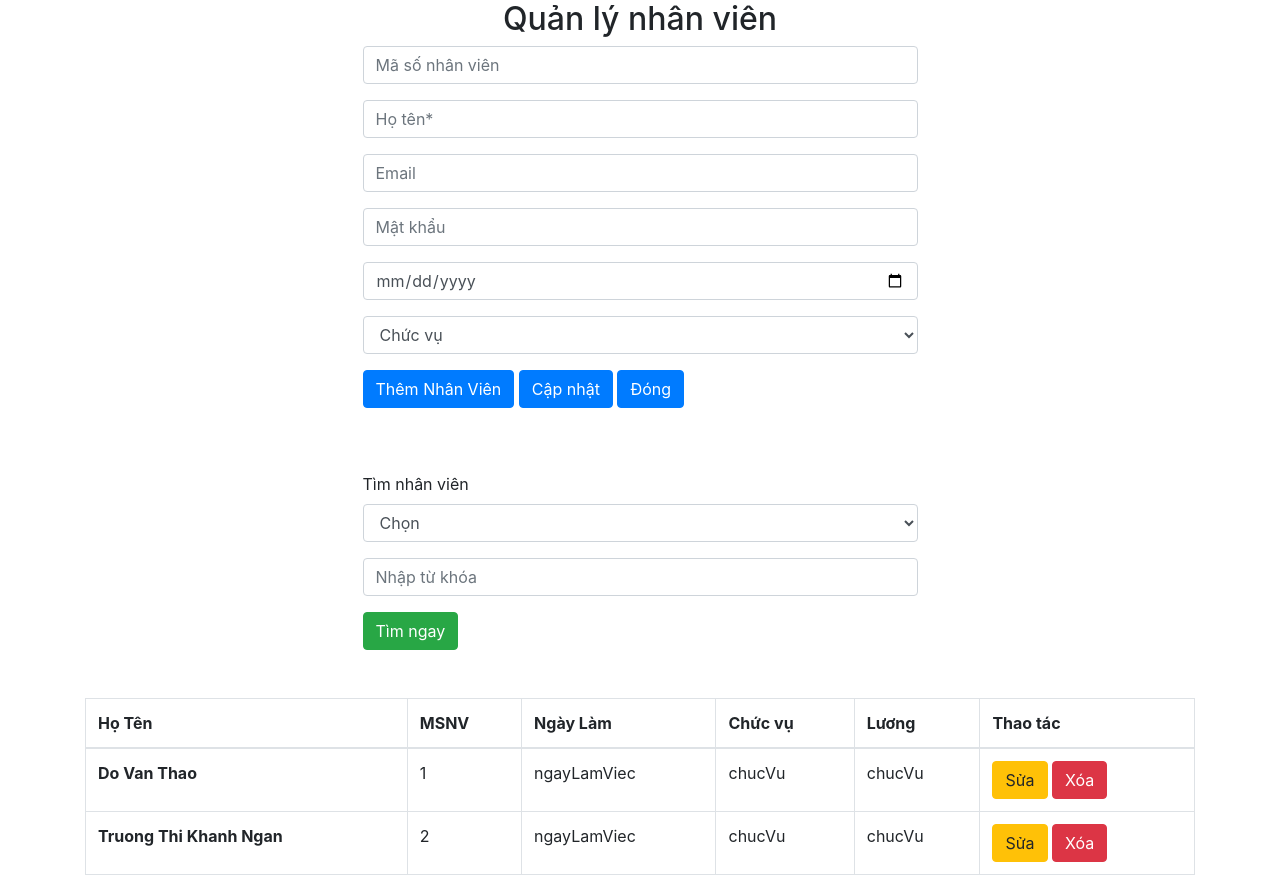
Repository: dovanthao2404/quanlynhanvien
Page: index.html
The author's editor kept a copy of each file at every save. The page is drawn from the files as they stood at one save, then again after the next save.
The browser window is 1280 px wide. The pictures show the whole page.

Above is the page before, as saved 2021-06-30 00:57:59.

After the next save:
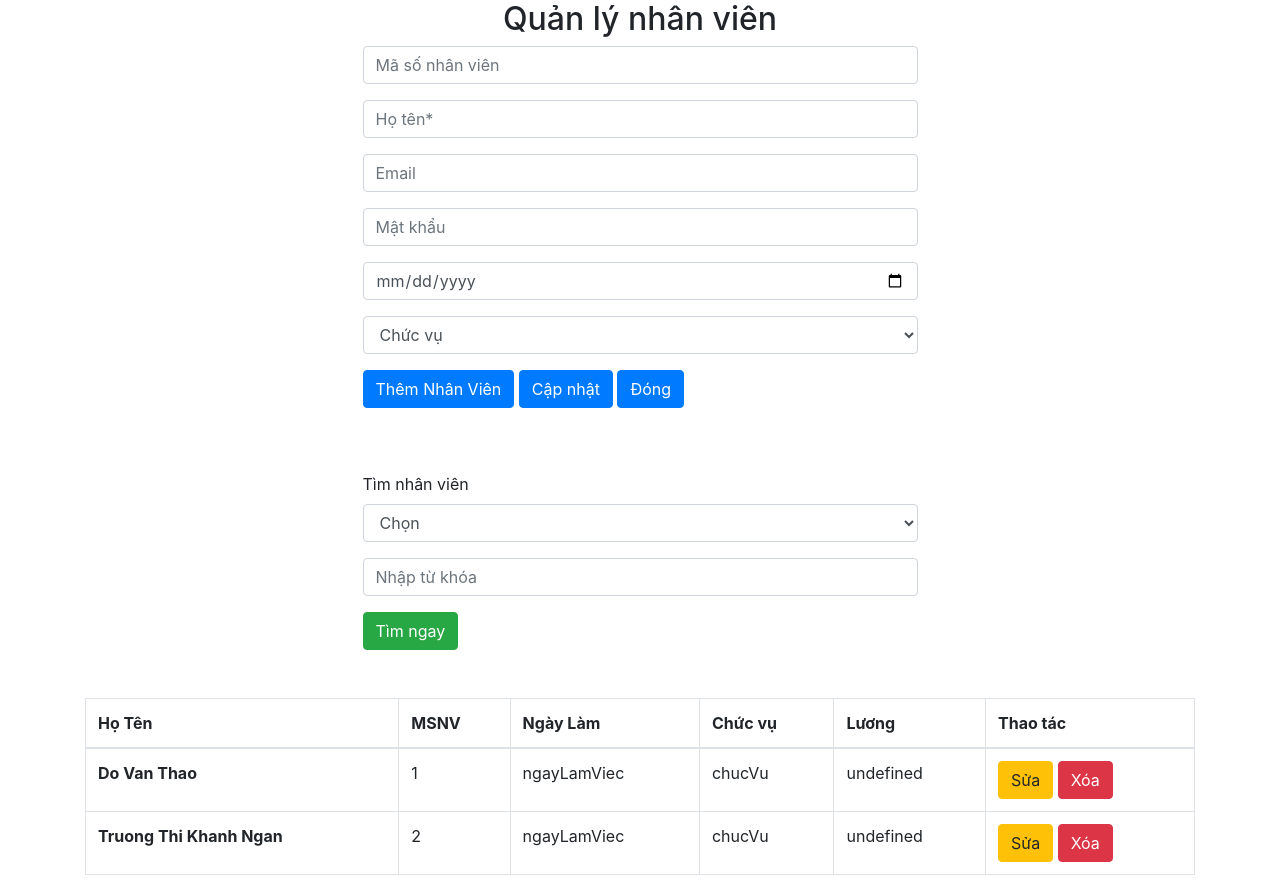
Saved 5 s later.
--- a/js/main.js
+++ b/js/main.js
@@ -72,7 +72,7 @@ function HienThiDanhSach(dsnv) {
           <td>${dsnv[i].maNV}</td>
           <td>${dsnv[i].ngayLamViec}</td>
           <td>${dsnv[i].chucVu}</td>
-          <td>${dsnv[i].chucVu}</td>
+          <td>${dsnv[i].luong}</td>
           <td>
             <button class="btn btn-warning" id="sua">Sửa</button>
             <button class="btn btn-danger" id="xoa">Xóa</button>
